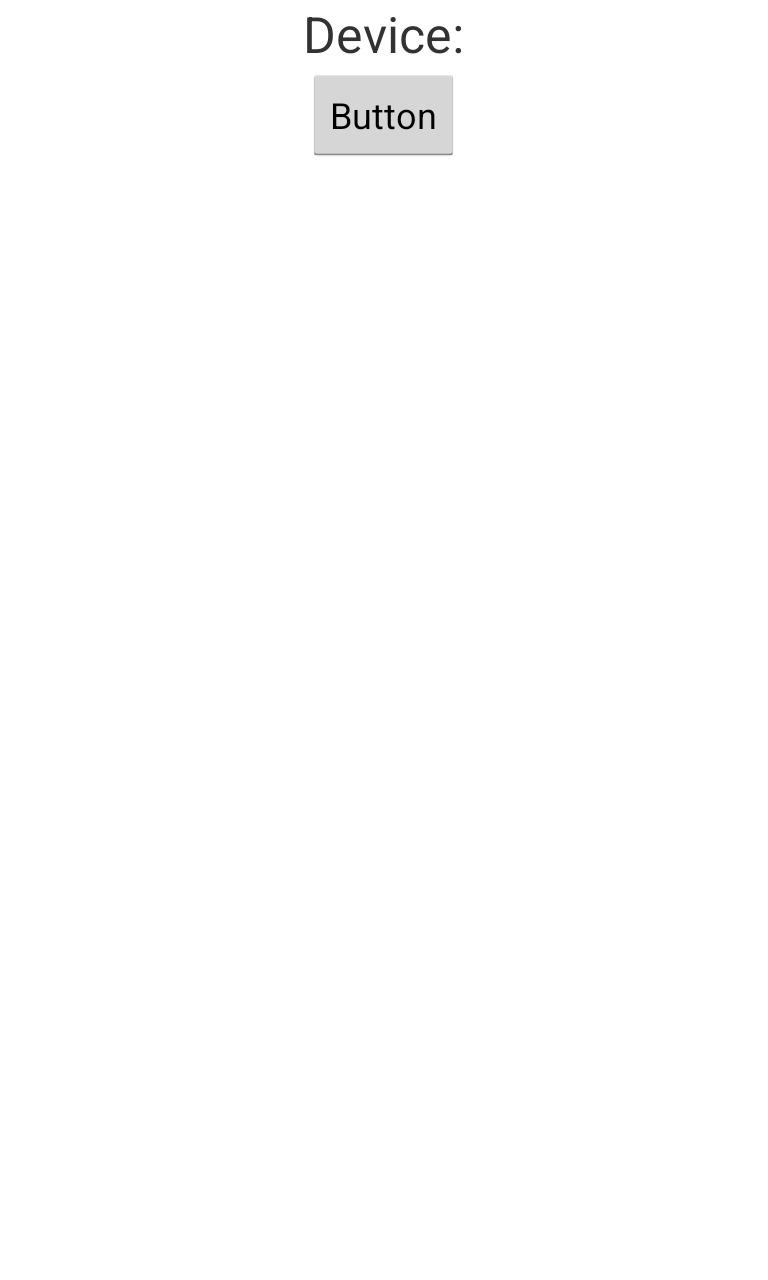
Repository: ArisKots1992/Software-Development
Layout: Anaptiksi Logismikou/Anaptiksi Logismikou/AdminClientApplication/res/layout/second_tab.xml
The author's editor kept a copy of each file at every save. The layout is drawn from the files as they stood at one save, then again after the next save.
It is drawn on a 768 x 1280 px phone screen (xhdpi) without system bars, with theme AppTheme; the app's code is not run.

Above is the layout before, as saved 2015-01-18 16:24:04.

After the next save:
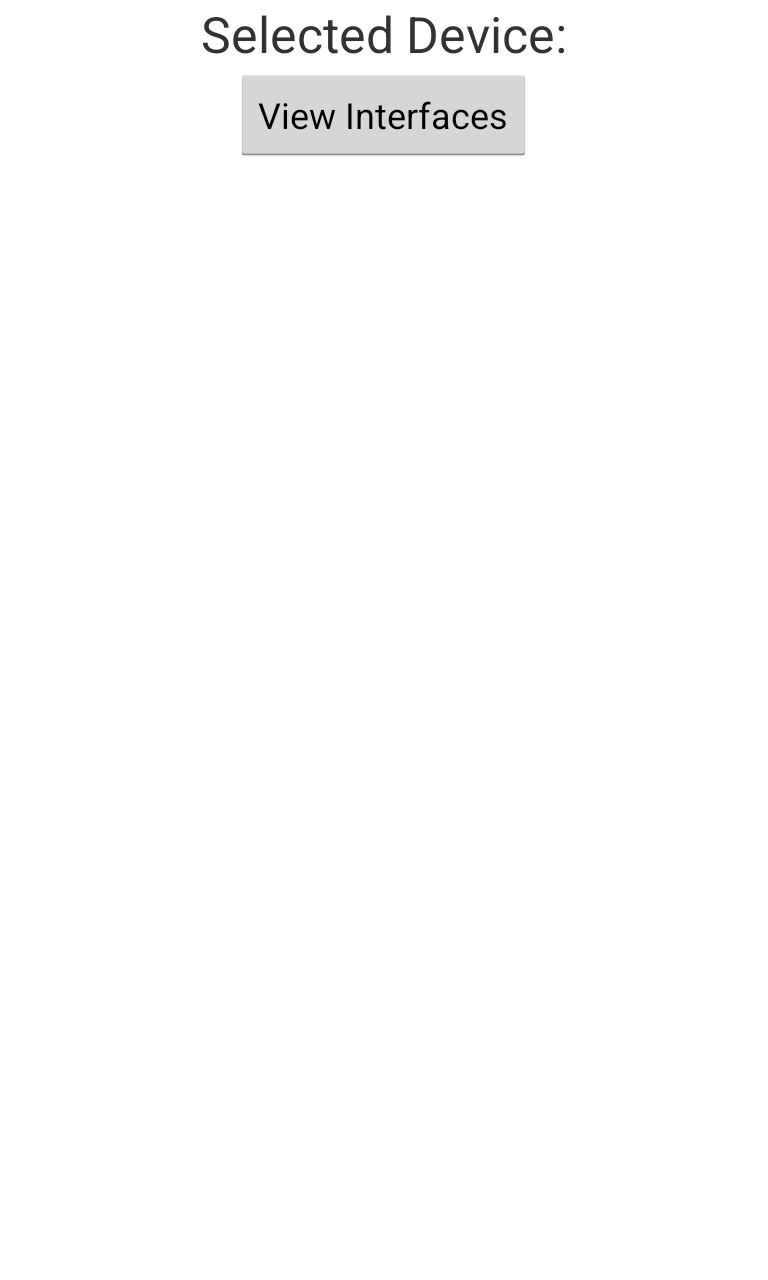
Saved 27 s later.
--- a/Anaptiksi Logismikou/Anaptiksi Logismikou/AdminClientApplication/res/layout/second_tab.xml
+++ b/Anaptiksi Logismikou/Anaptiksi Logismikou/AdminClientApplication/res/layout/second_tab.xml
@@ -9,12 +9,12 @@
         android:id="@+id/textView"
         android:layout_width="wrap_content"
         android:layout_height="wrap_content"
-        android:text="Device:"
+        android:text="Selected Device:"
         android:textSize="25sp" />
 
     <Button
         android:id="@+id/button1"
         android:layout_width="wrap_content"
         android:layout_height="wrap_content"
-        android:text="Button" />
+        android:text="View Interfaces" />
 </LinearLayout>
